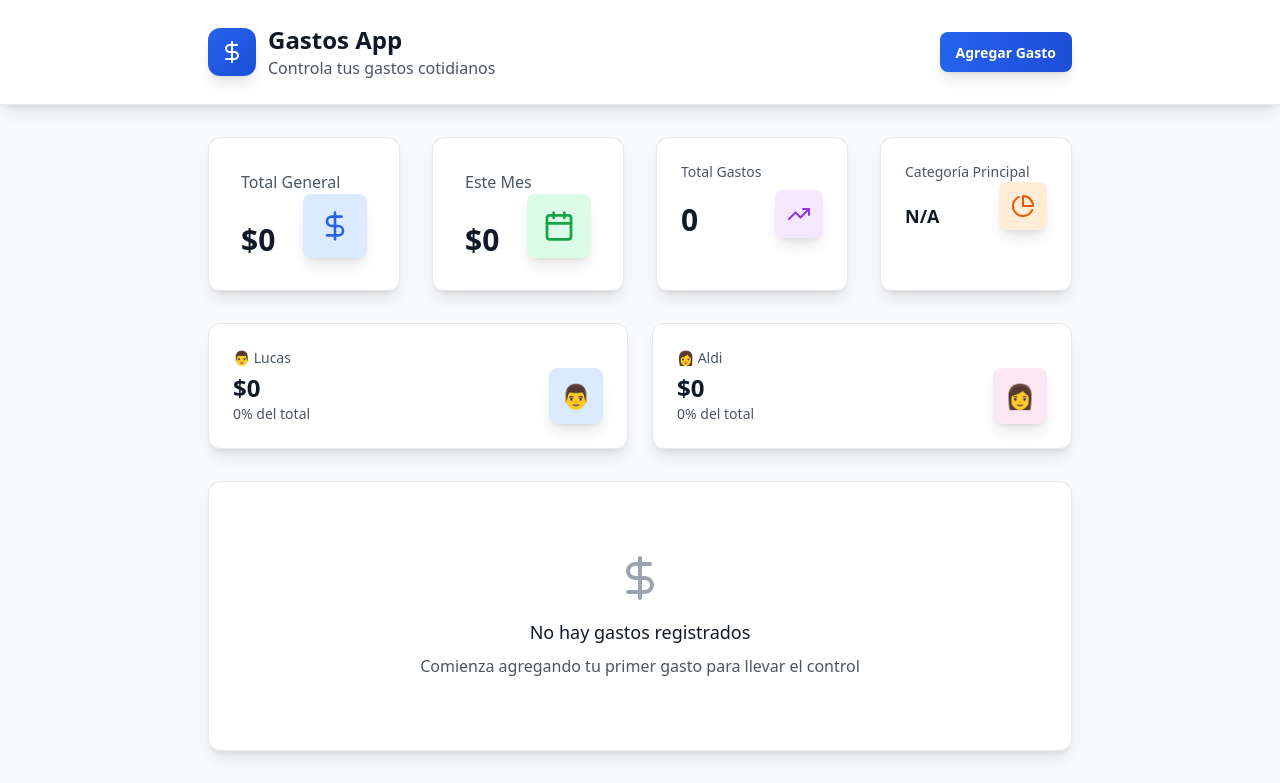
Repository: lucastenaglia/Gastosapp
Page: /
These files come from the project's save history. The page is drawn as it stood at one moment and after the next save; the edit follows.
The browser window is 1280 px wide. The pictures show the whole page.
The page's requests for data from a server got no answer. The project was rebuilt for these pictures with package versions that can differ from the ones it lists, and the page was loaded fresh each time. No one was signed in, and anything a server would have sent is missing. Also part of the build but not shown: vite.config.js, src/components/ExpenseForm.jsx.

Above is the page before, as saved 2025-08-03 21:44:02.

### index.html
<!DOCTYPE html>
<html lang="es">
  <head>
    <meta charset="UTF-8" />
    <link rel="icon" type="image/svg+xml" href="data:[embedded picture, 125 characters]" />
    <meta name="viewport" content="width=device-width, initial-scale=1.0" />
    <title>Gastos App - Control de Gastos Cotidianos</title>
  </head>
  <body>
    <div id="root"></div>
    <script type="module" src="/src/main.jsx"></script>
  </body>
</html>

### src/App.jsx
import { useState, useEffect } from 'react'
import Header from './components/Header'
import ExpenseForm from './components/ExpenseForm'
import ExpenseList from './components/ExpenseList'
import ExpenseSummary from './components/ExpenseSummary'
import { getExpenses, addExpense, updateExpense, deleteExpense } from './services/expenseService'

function App() {
  const [expenses, setExpenses] = useState([])
  const [isFormOpen, setIsFormOpen] = useState(false)
  const [loading, setLoading] = useState(true)
  const [error, setError] = useState(null)

  // Cargar gastos al iniciar la aplicación
  useEffect(() => {
    loadExpenses()
  }, [])

  // Cerrar modal con Escape
  useEffect(() => {
    const handleEscape = (e) => {
      if (e.key === 'Escape' && isFormOpen) {
        setIsFormOpen(false)
      }
    }

    document.addEventListener('keydown', handleEscape)
    return () => document.removeEventListener('keydown', handleEscape)
  }, [isFormOpen])

  const loadExpenses = async () => {
    try {
      setLoading(true)
      const data = await getExpenses()
      setExpenses(data)
      setError(null)
    } catch (err) {
      setError('Error al cargar los gastos')
      console.error(err)
    } finally {
      setLoading(false)
    }
  }

  const handleAddExpense = async (expense) => {
    try {
      const newExpense = await addExpense(expense)
      setExpenses([newExpense, ...expenses])
      setIsFormOpen(false)
    } catch (err) {
      setError('Error al agregar el gasto')
      console.error(err)
    }
  }

  const handleDeleteExpense = async (id) => {
    try {
      await deleteExpense(id)
      setExpenses(expenses.filter(expense => expense.id !== id))
    } catch (err) {
      setError('Error al eliminar el gasto')
      console.error(err)
    }
  }

  const handleEditExpense = async (id, updatedExpense) => {
    try {
      const updated = await updateExpense(id, updatedExpense)
      setExpenses(expenses.map(expense =>
        expense.id === id ? updated : expense
      ))
    } catch (err) {
      setError('Error al actualizar el gasto')
      console.error(err)
    }
  }

  return (
    <div className="min-h-screen bg-gray-50">
      <Header onAddExpense={() => setIsFormOpen(true)} />

      <main className="container mx-auto px-4 py-8 max-w-4xl">
        {error && (
          <div className="bg-red-100 border border-red-400 text-red-700 px-4 py-3 rounded mb-6">
            {error}
          </div>
        )}

        <ExpenseSummary expenses={expenses} />

        <div className="mt-8">
          <ExpenseList
            expenses={expenses}
            onDelete={handleDeleteExpense}
            onEdit={handleEditExpense}
            loading={loading}
          />
        </div>
      </main>

      {/* Modal Overlay */}
      {isFormOpen && (
        <div
          className="fixed inset-0 bg-black bg-opacity-50 flex items-center justify-center z-50 p-4 animate-in fade-in duration-200"
          onClick={() => setIsFormOpen(false)}
        >
          <div
            className="bg-white rounded-xl shadow-2xl max-w-md w-full mx-4 max-h-[90vh] overflow-y-auto animate-in zoom-in-95 duration-200"
            onClick={(e) => e.stopPropagation()}
          >
            <ExpenseForm
              onSubmit={handleAddExpense}
              onCancel={() => setIsFormOpen(false)}
            />
          </div>
        </div>
      )}
    </div>
  )
}

export default App

### src/index.css
@tailwind base;
@tailwind components;
@tailwind utilities;

@layer base {
  body {
    @apply bg-gray-50 text-gray-900;
  }
}

@layer components {
                .btn-primary {
                @apply bg-primary-600 hover:bg-primary-700 text-white font-medium py-2 px-4 rounded-lg transition-all duration-300 shadow-md hover:shadow-lg hover:-translate-y-0.5 transform;
              }

              .btn-secondary {
                @apply bg-gray-200 hover:bg-gray-300 text-gray-800 font-medium py-2 px-4 rounded-lg transition-all duration-300 shadow-md hover:shadow-lg hover:-translate-y-0.5 transform;
              }

                .input-field {
                @apply w-full px-3 py-2 border border-gray-300 rounded-lg focus:outline-none focus:ring-2 focus:ring-primary-500 focus:border-transparent shadow-sm focus:shadow-md transition-all duration-300;
              }

                            .card {
                @apply bg-white rounded-xl shadow-lg border border-gray-200 p-6 transform transition-all duration-300 hover:shadow-2xl hover:-translate-y-1;
              }

              .modal-enter {
                @apply opacity-0 scale-95;
              }

              .modal-enter-active {
                @apply opacity-100 scale-100 transition-all duration-200 ease-out;
              }

              .modal-exit {
                @apply opacity-100 scale-100;
              }

              .modal-exit-active {
                @apply opacity-0 scale-95 transition-all duration-200 ease-in;
              }
}

### src/components/Header.jsx
import { Plus, DollarSign } from 'lucide-react'

const Header = ({ onAddExpense }) => {
  return (
    <header className="bg-white shadow-lg border-b border-gray-200">
      <div className="container mx-auto px-4 py-6 max-w-4xl">
        <div className="flex items-center justify-between">
          <div className="flex items-center space-x-3">
            <div className="bg-gradient-to-br from-primary-600 to-primary-700 p-3 rounded-xl shadow-lg">
              <DollarSign className="h-6 w-6 text-white" />
            </div>
            <div>
              <h1 className="text-2xl font-bold text-gray-900">Gastos App</h1>
              <p className="text-gray-600">Controla tus gastos cotidianos</p>
            </div>
          </div>

          <button
            onClick={onAddExpense}
            className="bg-gradient-to-r from-primary-600 to-primary-700 active:from-primary-800 active:to-primary-900 text-white font-semibold py-2 px-4 rounded-lg shadow-lg hover:shadow-xl active:shadow-md active:translate-y-0.5 transition-all duration-200 border-0 focus:outline-none focus:ring-2 focus:ring-primary-300"
          >
            <span className="text-sm">Agregar Gasto</span>
          </button>
        </div>
      </div>
    </header>
  )
}

export default Header

### src/components/ExpenseList.jsx
import { useState } from 'react'
import { Trash2, Edit, Calendar, DollarSign } from 'lucide-react'

const ExpenseList = ({ expenses, onDelete, onEdit, loading }) => {
  const [editingId, setEditingId] = useState(null)
  const [editForm, setEditForm] = useState({})

  const categoryIcons = {
    comida: '🍽️',
    super: '🛒',
    auto: '🚗',
    entretenimiento: '🎮',
    salud: '💊',
    ropa: '👕',
    hogar: '🏠',
    otros: '📦'
  }

  const categoryColors = {
    comida: 'bg-orange-100 text-orange-800',
    super: 'bg-red-100 text-red-800',
    auto: 'bg-blue-100 text-blue-800',
    entretenimiento: 'bg-purple-100 text-purple-800',
    salud: 'bg-green-100 text-green-800',
    ropa: 'bg-pink-100 text-pink-800',
    hogar: 'bg-yellow-100 text-yellow-800',
    otros: 'bg-gray-100 text-gray-800'
  }

  const handleEdit = (expense) => {
    setEditingId(expense.id)
    setEditForm({
      description: expense.description,
      amount: expense.amount.toString(),
      category: expense.category,
      person: expense.person || 'lucas',
      date: expense.date
    })
  }

  const handleSaveEdit = (id) => {
    onEdit(id, {
      ...editForm,
      amount: parseFloat(editForm.amount)
    })
    setEditingId(null)
    setEditForm({})
  }

  const handleCancelEdit = () => {
    setEditingId(null)
    setEditForm({})
  }

  const formatDate = (dateString) => {
    const date = new Date(dateString)
    return date.toLocaleDateString('es-ES', {
      year: 'numeric',
      month: 'short',
      day: 'numeric'
    })
  }

  if (loading) {
    return (
      <div className="card">
        <div className="text-center py-12">
          <div className="animate-spin rounded-full h-12 w-12 border-b-2 border-primary-600 mx-auto mb-4"></div>
          <h3 className="text-lg font-medium text-gray-900 mb-2">
            Cargando gastos...
          </h3>
          <p className="text-gray-600">
            Conectando con la base de datos
          </p>
        </div>
      </div>
    )
  }

  if (expenses.length === 0) {
    return (
      <div className="card">
        <div className="text-center py-12">
          <DollarSign className="h-12 w-12 text-gray-400 mx-auto mb-4" />
          <h3 className="text-lg font-medium text-gray-900 mb-2">
            No hay gastos registrados
          </h3>
          <p className="text-gray-600">
            Comienza agregando tu primer gasto para llevar el control
          </p>
        </div>
      </div>
    )
  }

  return (
    <div className="card">
      <h2 className="text-xl font-semibold text-gray-900 mb-6">
        Historial de Gastos
      </h2>

      <div className="space-y-3">
        {expenses.map(expense => (
          <div key={expense.id} className="border border-gray-200 rounded-lg p-3 sm:p-4 bg-white shadow-md hover:shadow-xl hover:-translate-y-1 transform transition-all duration-300">
            {editingId === expense.id ? (
              <div className="space-y-3">
                <input
                  type="text"
                  value={editForm.description}
                  onChange={(e) => setEditForm({...editForm, description: e.target.value})}
                  className="input-field"
                />
                <div className="grid grid-cols-1 sm:grid-cols-2 gap-3">
                  <input
                    type="number"
                    value={editForm.amount}
                    onChange={(e) => setEditForm({...editForm, amount: e.target.value})}
                    className="input-field"
                    step="1"
                    min="0"
                  />
                  <select
                    value={editForm.category}
                    onChange={(e) => setEditForm({...editForm, category: e.target.value})}
                    className="input-field"
                  >
                    <option value="comida">🍽️ Comida</option>
                    <option value="super">🛒 Super</option>
                    <option value="auto">🚗 Auto</option>
                    <option value="entretenimiento">🎮 Entretenimiento</option>
                    <option value="salud">💊 Salud</option>
                    <option value="ropa">👕 Ropa</option>
                    <option value="hogar">🏠 Hogar</option>
                    <option value="otros">📦 Otros</option>
                  </select>
                </div>
                <div className="grid grid-cols-1 sm:grid-cols-2 gap-3">
                  <select
                    value={editForm.person}
                    onChange={(e) => setEditForm({...editForm, person: e.target.value})}
                    className="input-field"
                  >
                    <option value="lucas">👨 Lucas</option>
                    <option value="aldi">👩 Aldi</option>
                  </select>
                  <input
                    type="date"
                    value={editForm.date}
                    onChange={(e) => setEditForm({...editForm, date: e.target.value})}
                    className="input-field"
                  />
                </div>
                <div className="flex space-x-2">
                  <button
                    onClick={() => handleSaveEdit(expense.id)}
                    className="btn-primary text-sm flex-1"
                  >
                    Guardar
                  </button>
                  <button
                    onClick={handleCancelEdit}
                    className="btn-secondary text-sm flex-1"
                  >
                    Cancelar
                  </button>
                </div>
              </div>
            ) : (
              <div className="space-y-3">
                {/* Header con icono, descripción y monto */}
                <div className="flex items-start justify-between">
                  <div className="flex items-center space-x-3 flex-1 min-w-0">
                    <div className={`p-2 rounded-lg flex-shrink-0 ${categoryColors[expense.category]}`}>
                      <span className="text-lg">{categoryIcons[expense.category]}</span>
                    </div>

                    <div className="flex-1 min-w-0">
                      <h3 className="font-medium text-gray-900 truncate">
                        {expense.description}
                      </h3>
                      <div className="flex items-center space-x-2 text-sm text-gray-600 mt-1">
                        <span className="flex items-center space-x-1">
                          <Calendar className="h-3 w-3" />
                          <span className="hidden sm:inline">{formatDate(expense.date)}</span>
                          <span className="sm:hidden">{new Date(expense.date).toLocaleDateString('es-ES', { day: '2-digit', month: '2-digit' })}</span>
                        </span>
                        <span className="hidden sm:inline">•</span>
                        <span className="capitalize text-xs sm:text-sm">{expense.category}</span>
                      </div>
                    </div>
                  </div>

                  <div className="flex items-center space-x-2 flex-shrink-0">
                    <span className="text-lg font-semibold text-gray-900">
                      ${expense.amount}
                    </span>

                    <div className="flex space-x-1">
                      <button
                        onClick={() => handleEdit(expense)}
                        className="p-1 text-gray-400 hover:text-blue-600 transition-colors"
                        title="Editar"
                      >
                        <Edit className="h-4 w-4" />
                      </button>
                      <button
                        onClick={() => onDelete(expense.id)}
                        className="p-1 text-gray-400 hover:text-red-600 transition-colors"
                        title="Eliminar"
                      >
                        <Trash2 className="h-4 w-4" />
                      </button>
                    </div>
                  </div>
                </div>

                {/* Información adicional en móvil */}
                <div className="sm:hidden flex items-center justify-between text-sm text-gray-600 border-t pt-2">
                  <span className="flex items-center space-x-1">
                    <span>{expense.person === 'lucas' ? '👨' : '👩'}</span>
                    <span className="capitalize">{expense.person || 'lucas'}</span>
                  </span>
                  <span className="text-xs">
                    {new Date(expense.date).toLocaleDateString('es-ES', { year: 'numeric' })}
                  </span>
                </div>
              </div>
            )}
          </div>
        ))}
      </div>
    </div>
  )
}

export default ExpenseList

### src/components/ExpenseSummary.jsx
import { TrendingUp, Calendar, DollarSign, PieChart } from 'lucide-react'

const ExpenseSummary = ({ expenses }) => {
  const totalExpenses = expenses.reduce((sum, expense) => sum + expense.amount, 0)

  const today = new Date()
  const thisMonth = today.getMonth()
  const thisYear = today.getFullYear()

  const monthlyExpenses = expenses.filter(expense => {
    const expenseDate = new Date(expense.date)
    return expenseDate.getMonth() === thisMonth && expenseDate.getFullYear() === thisYear
  })

  const monthlyTotal = monthlyExpenses.reduce((sum, expense) => sum + expense.amount, 0)

  const categoryTotals = expenses.reduce((acc, expense) => {
    acc[expense.category] = (acc[expense.category] || 0) + expense.amount
    return acc
  }, {})

  const topCategory = Object.entries(categoryTotals).sort(([,a], [,b]) => b - a)[0]

  // Estadísticas por persona
  const personTotals = expenses.reduce((acc, expense) => {
    const person = expense.person || 'lucas'
    acc[person] = (acc[person] || 0) + expense.amount
    return acc
  }, {})

  const lucasTotal = personTotals.lucas || 0
  const aldiTotal = personTotals.aldi || 0

  const formatCurrency = (amount) => {
    return `$${Math.round(amount).toLocaleString('en-US')}`
  }

  return (
    <div className="space-y-4 sm:space-y-8">
      {/* Primera fila - Estadísticas generales */}
      <div className="grid grid-cols-2 lg:grid-cols-4 gap-3 sm:gap-6 lg:gap-8">
                 {/* Total General */}
         <div className="card relative p-4 sm:p-6 lg:p-8">
           <div>
             <p className="text-xs sm:text-sm lg:text-base font-medium text-gray-600">Total General</p>
             <div className="flex items-end justify-between">
               <p className="text-lg sm:text-2xl lg:text-3xl font-bold text-gray-900">
                 {formatCurrency(totalExpenses)}
               </p>
               <div className="bg-blue-100 p-2 sm:p-3 lg:p-4 rounded-lg shadow-lg">
                 <DollarSign className="h-4 w-4 sm:h-6 sm:w-6 lg:h-8 lg:w-8 text-blue-600" />
               </div>
             </div>
           </div>
         </div>

                 {/* Gastos del Mes */}
         <div className="card relative p-4 sm:p-6 lg:p-8">
           <div>
             <p className="text-xs sm:text-sm lg:text-base font-medium text-gray-600">Este Mes</p>
             <div className="flex items-end justify-between">
               <p className="text-lg sm:text-2xl lg:text-3xl font-bold text-gray-900">
                 {formatCurrency(monthlyTotal)}
               </p>
               <div className="bg-green-100 p-2 sm:p-3 lg:p-4 rounded-lg shadow-lg">
                 <Calendar className="h-4 w-4 sm:h-6 sm:w-6 lg:h-8 lg:w-8 text-green-600" />
               </div>
             </div>
           </div>
         </div>

                 {/* Total de Gastos */}
         <div className="card relative p-4 sm:p-6">
           <div>
             <p className="text-xs sm:text-sm font-medium text-gray-600">Total Gastos</p>
             <div className="flex items-end justify-between mt-2">
               <p className="text-2xl sm:text-3xl font-bold text-gray-900">
                 {expenses.length}
               </p>
               <div className="bg-purple-100 p-2 sm:p-3 rounded-lg shadow-lg self-end">
                 <TrendingUp className="h-4 w-4 sm:h-6 sm:w-6 text-purple-600" />
               </div>
             </div>
           </div>
         </div>

                 {/* Categoría Principal */}
         <div className="card relative p-4 sm:p-6">
           <div>
             <p className="text-xs sm:text-sm font-medium text-gray-600">Categoría Principal</p>
             <div className="flex items-end justify-between">
               <div>
                 <p className="text-base sm:text-lg font-semibold text-gray-900 capitalize">
                   {topCategory ? topCategory[0] : 'N/A'}
                 </p>
                 {topCategory && (
                   <p className="text-xs sm:text-sm text-gray-600">
                     {formatCurrency(topCategory[1])}
                   </p>
                 )}
               </div>
               <div className="bg-orange-100 p-2 sm:p-3 rounded-lg shadow-lg">
                 <PieChart className="h-4 w-4 sm:h-6 sm:w-6 text-orange-600" />
               </div>
             </div>
           </div>
         </div>
      </div>

      {/* Segunda fila - Estadísticas por persona */}
      <div className="grid grid-cols-1 sm:grid-cols-2 gap-3 sm:gap-6">
                 {/* Gastos de Lucas */}
         <div className="card relative p-4 sm:p-6">
           <div>
             <p className="text-xs sm:text-sm font-medium text-gray-600">👨 Lucas</p>
             <div className="flex items-end justify-between">
               <div>
                 <p className="text-lg sm:text-2xl font-bold text-gray-900">
                   {formatCurrency(lucasTotal)}
                 </p>
                 <p className="text-xs sm:text-sm text-gray-600">
                   {totalExpenses > 0 ? `${((lucasTotal / totalExpenses) * 100).toFixed(1)}%` : '0%'} del total
                 </p>
               </div>
               <div className="bg-blue-100 p-2 sm:p-3 rounded-lg shadow-lg">
                 <span className="text-lg sm:text-2xl">👨</span>
               </div>
             </div>
           </div>
         </div>

                 {/* Gastos de Aldi */}
         <div className="card relative p-4 sm:p-6">
           <div>
             <p className="text-xs sm:text-sm font-medium text-gray-600">👩 Aldi</p>
             <div className="flex items-end justify-between">
               <div>
                 <p className="text-lg sm:text-2xl font-bold text-gray-900">
                   {formatCurrency(aldiTotal)}
                 </p>
                 <p className="text-xs sm:text-sm text-gray-600">
                   {totalExpenses > 0 ? `${((aldiTotal / totalExpenses) * 100).toFixed(1)}%` : '0%'} del total
                 </p>
               </div>
               <div className="bg-pink-100 p-2 sm:p-3 rounded-lg shadow-lg">
                 <span className="text-lg sm:text-2xl">👩</span>
               </div>
             </div>
           </div>
         </div>
      </div>
    </div>
  )
}

export default ExpenseSummary

### src/lib/supabase.js
import { createClient } from '@supabase/supabase-js'

// Configuración de Supabase
const supabaseUrl = 'https://tiarifmkqcayodakifqu.supabase.co'
const supabaseAnonKey = 'eyJhbGciOiJIUzI1NiIsInR5cCI6IkpXVCJ9.eyJpc3MiOiJzdXBhYmFzZSIsInJlZiI6InRpYXJpZm1rcWNheW9kYWtpZnF1Iiwicm9sZSI6ImFub24iLCJpYXQiOjE3NTQyMzYxMzcsImV4cCI6MjA2OTgxMjEzN30.qJr6Xvo0UF5_XPq4UWidASjwgjcWPFJ8CqR6mAHSsTU'

export const supabase = createClient(supabaseUrl, supabaseAnonKey)

### tailwind.config.js
/** @type {import('tailwindcss').Config} */
export default {
  content: [
    "./index.html",
    "./src/**/*.{js,ts,jsx,tsx}",
  ],
  theme: {
    extend: {
      colors: {
        primary: {
          50: '#eff6ff',
          500: '#3b82f6',
          600: '#2563eb',
          700: '#1d4ed8',
        }
      }
    },
  },
  plugins: [],
}

Loaded but not shown: src/main.jsx (common file); src/services/expenseService.js (78 lines, source omitted)

After the next save:
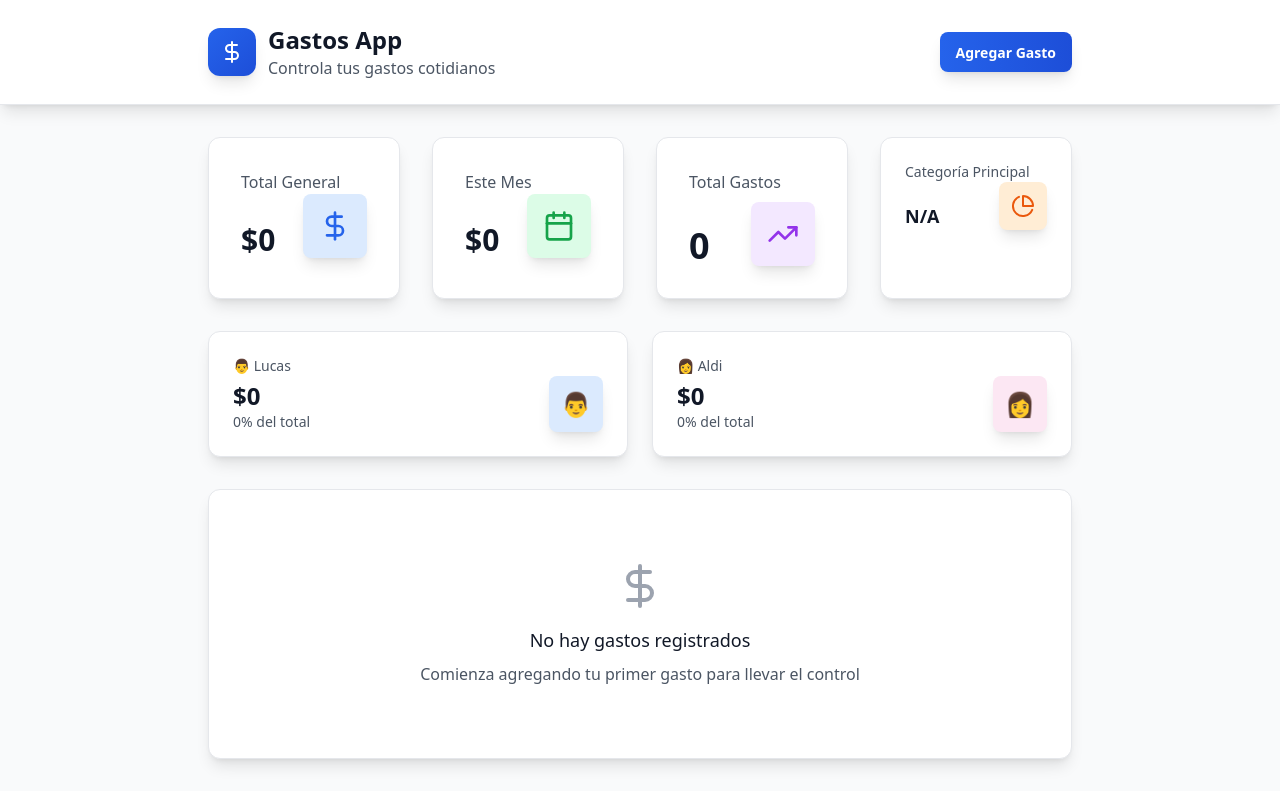
Saved 11 s later.
--- a/src/components/ExpenseSummary.jsx
+++ b/src/components/ExpenseSummary.jsx
@@ -70,15 +70,15 @@ const ExpenseSummary = ({ expenses }) => {
          </div>
 
                  {/* Total de Gastos */}
-         <div className="card relative p-4 sm:p-6">
+         <div className="card relative p-4 sm:p-6 lg:p-8">
            <div>
-             <p className="text-xs sm:text-sm font-medium text-gray-600">Total Gastos</p>
+             <p className="text-xs sm:text-sm lg:text-base font-medium text-gray-600">Total Gastos</p>
              <div className="flex items-end justify-between mt-2">
-               <p className="text-2xl sm:text-3xl font-bold text-gray-900">
+               <p className="text-2xl sm:text-3xl lg:text-4xl font-bold text-gray-900">
                  {expenses.length}
                </p>
-               <div className="bg-purple-100 p-2 sm:p-3 rounded-lg shadow-lg self-end">
-                 <TrendingUp className="h-4 w-4 sm:h-6 sm:w-6 text-purple-600" />
+               <div className="bg-purple-100 p-2 sm:p-3 lg:p-4 rounded-lg shadow-lg self-end">
+                 <TrendingUp className="h-4 w-4 sm:h-6 sm:w-6 lg:h-8 lg:w-8 text-purple-600" />
                </div>
              </div>
            </div>
